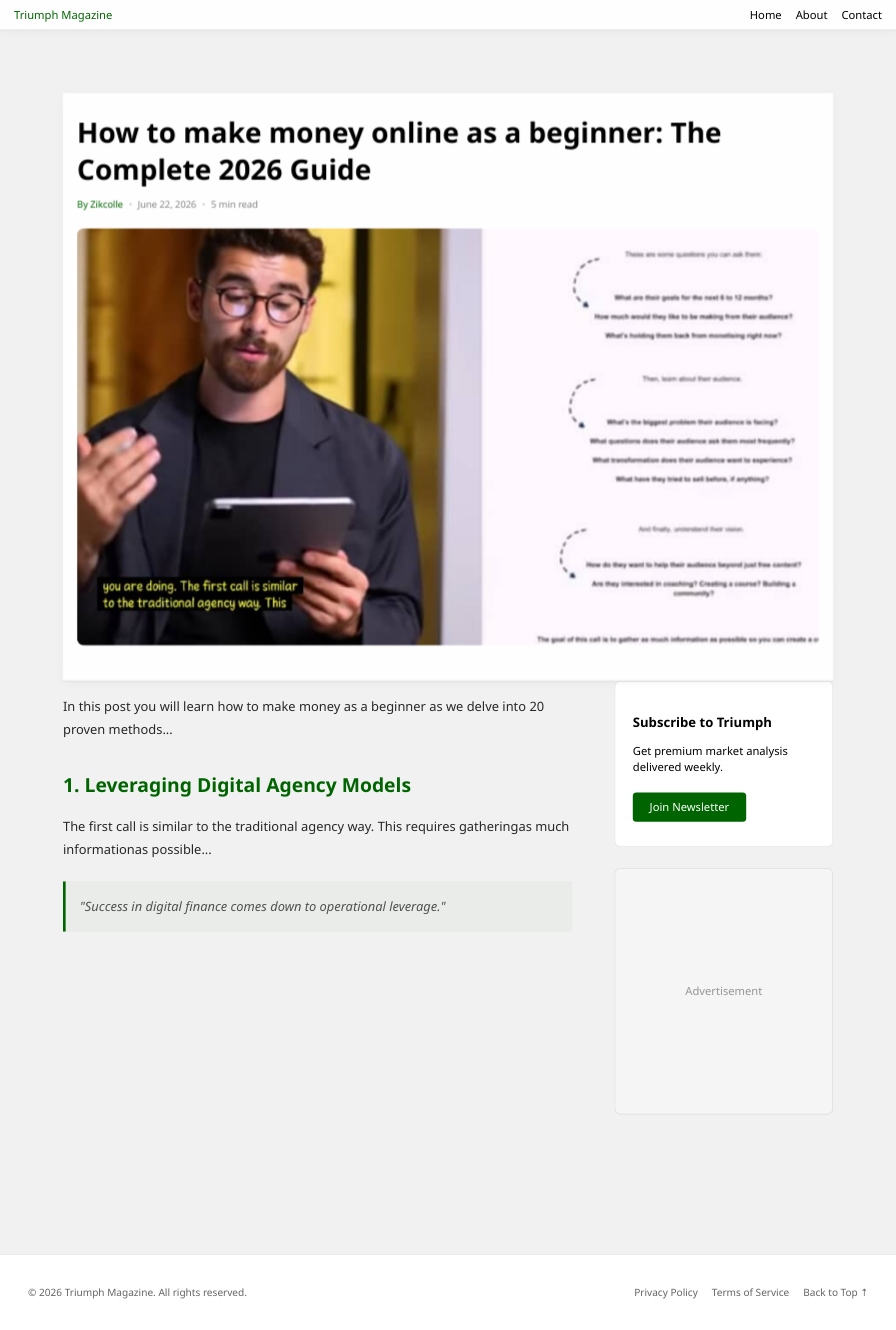
Repository: zikcolle/Triumph-Blog
Page: post.html
These files come from the project's save history. The page is drawn as it stood at one moment and after a run of saves; the edit follows.
The browser window is 1280 px wide. The pictures show the whole page, at 70% of full size.

Above is the page before, as saved 2026-06-23 11:23:59.

After the next 4 saves:
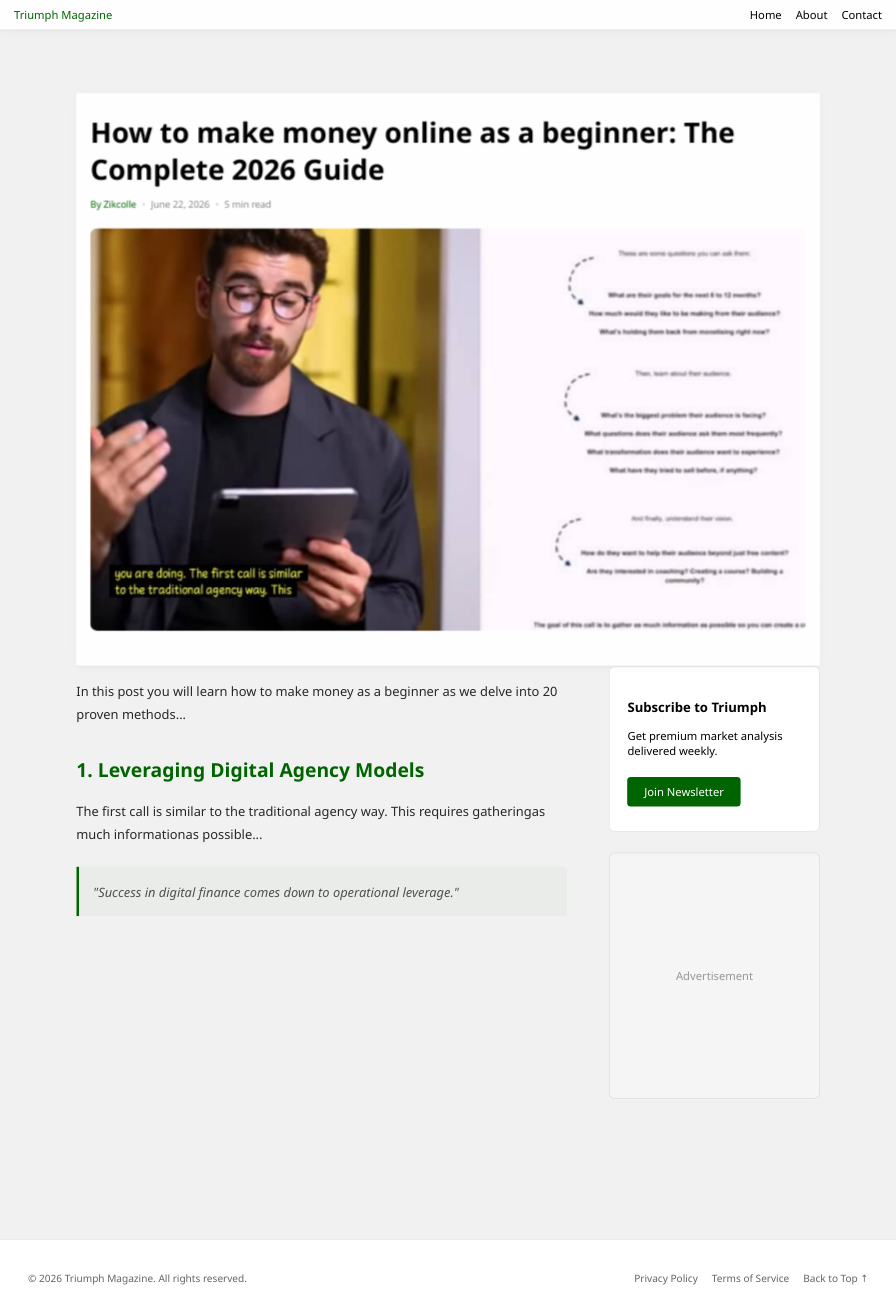
The 4 saves are shown as one change because they came seconds apart.
The last was saved 10 s later.
--- a/styles.css
+++ b/styles.css
@@ -378,7 +378,7 @@ footer {
     }
 
     .post-container {
-
+        padding: 0 5%;
     }
 
     .post-content {
